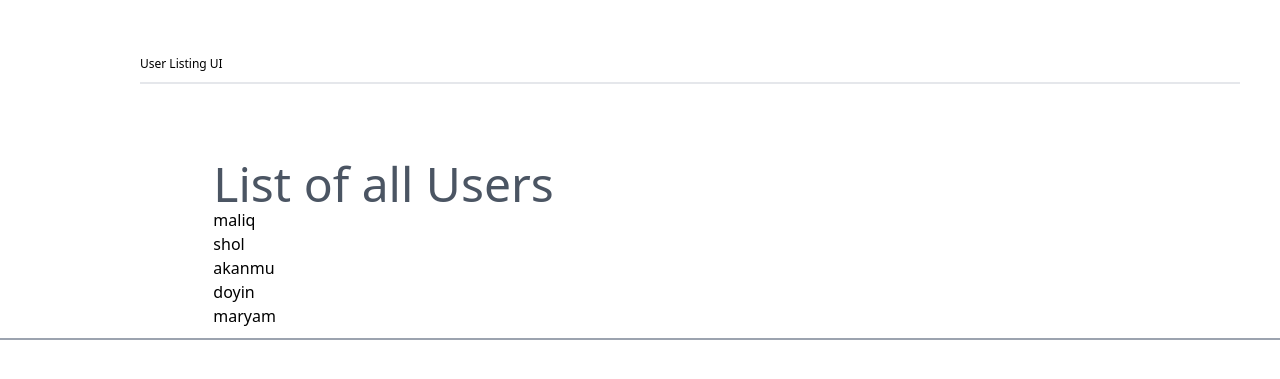
Repository: Marlstergo/listings
Page: / (app in client/)
An editor plug-in stored every save of this project. The page is shown before and after the next save, followed by the edit.
The browser window is 1280 px wide. The pictures show the whole page.
The project was rebuilt for these pictures with package versions that can differ from the ones it lists, and the page was loaded fresh each time. Also part of the build but not shown: client/craco.config.js, client/src/components/Loader.js, client/src/components/Order.js, client/src/components/Modal.js. Imported but missing from the stored project, and not drawn on this page: client/src/components/Base, client/src/components/Toppings.

Above is the page before, as saved 2021-07-20 21:57:18.

### client/src/index.js
/* eslint-disable no-unused-vars */
import React from "react";
import ReactDOM from "react-dom";
import "./index.css";
import App from "./App";
import reportWebVitals from "./reportWebVitals";
import { BrowserRouter } from "react-router-dom";
import { Provider } from "react-redux";
import { store } from "./redux/store";
import { PersistGate } from "redux-persist/integration/react";
import { persistor } from "./redux/store";

ReactDOM.render(
  <React.StrictMode>
    <Provider store={store}>
      <BrowserRouter>
        <PersistGate persistor={persistor}>
          <App />
        </PersistGate>
      </BrowserRouter>
    </Provider>
  </React.StrictMode>,
  document.getElementById("root")
);

// If you want to start measuring performance in your app, pass a function
// to log results (for example: reportWebVitals(console.log))
// or send to an analytics endpoint. Learn more: https://bit.ly/CRA-vitals
reportWebVitals();

### client/src/App.js
import React, { useState } from 'react';
import { Route, Switch, useLocation } from "react-router-dom";
import Header from './components/Header';
import Home from './components/Home';
import Base from './components/Base';
import Toppings from './components/Toppings';
import Order from './components/Order';
import Modal from './components/Modal';
import { AnimatePresence } from 'framer-motion';

function App() {
  const location = useLocation();
  const showModal = true;

  return (
    <>
      <Header />
      {/* <Modal showModal={showModal} /> */}
      <AnimatePresence exitBeforeEnter>
        <Switch location={location} key={location.key}>
          <Route path="/">
            <Home />
          </Route>
          <Route path="/createUpdateUser">
            <Toppings />
          </Route>
          <Route path="/order">
            <Order />
          </Route>
          <Route path="/">
            <Home />
          </Route>
        </Switch>
      </AnimatePresence>

    </>
  );
}

export default App;

### client/src/redux/store.js
import { createStore, applyMiddleware } from "redux";
import { logger } from 'redux-logger';
import {persistStore} from 'redux-persist';
// import thunk from 'redux-thunk'
import createSagaMiddleware from 'redux-saga'

import rootSaga from './root-sagas'

import rootReducer from './root-reducer';

const sagaMiddleware = createSagaMiddleware()

const middleware = [sagaMiddleware];

if( process.env.NODE_ENV === 'development'){
    middleware.push(logger)
}

export const store = createStore(rootReducer, applyMiddleware(...middleware))

sagaMiddleware.run(rootSaga)

export const persistor = persistStore(store)

export default (store, persistor);

### client/src/components/Header.js
import React from 'react';
import { motion } from 'framer-motion';

const svgVariants = {
  hidden: { rotate: -180 },
  visible: {
    rotate: 0,
    transition: { duration : 1 }
  },
}

const pathVariants = {
  hidden: {
    opacity: 0,
    pathLength: 0,
  },
  visible: {
    opacity: 1,
    pathLength: 1,
    transition: {
      duration: 2,
      ease: "easeInOut",
    }
  }
};


const Header = () => {
  return (
    <header className='flex p-[40px]  items-center'>
      <motion.div className="logo"
        drag
        dragConstraints={{ left: 0, top: 0, right: 0, bottom: 0 }}
        dragElastic={0.7}
      >
        <motion.svg className="w-[80px] overflow-visible" xmlns="http://www.w3.org/2000/svg" viewBox="0 0 100 100"
          variants={svgVariants}
          initial="hidden"
          animate="visible"
        >
          <motion.path
            fill="none"
            d="M40 40 L80 40 C80 40 80 80 40 80 C40 80 0 80 0 40 C0 40 0 0 40 0Z"
            variants={pathVariants}
          />
          <motion.path
            fill="none"
            d="M50 30 L50 -10 C50 -10 90 -10 90 30 Z"
            variants={pathVariants}
          />
        </motion.svg>
      </motion.div>
      <motion.div className=" flex-grow ml-[20px] text-xs"
        initial={{ y: -250}}
        animate={{ y: -10 }}
        transition={{ delay: 0.2, type: 'spring', stiffness: 120 }}
      >
        <h1 className="border-b-2 pb-[10px]">User Listing UI</h1>
      </motion.div>
    </header>
  )
}

export default Header;

### client/src/components/Home.js
import React from "react";
import { Link } from "react-router-dom";
import { motion } from "framer-motion";
import Loader from "./Loader";

const buttonVariants = {
  hover: {
    scale: 1.1,
    textShadow: "0px 0px 8px rgb(255,255,255)",
    boxShadow: "0px 0px 8px rgb(255,255,255)",
    transition: {
      duration: 0.3,
      yoyo: 5,
    },
  },
};

const containerVariants = {
  hidden: {
    opacity: 0,
  },
  visible: {
    opacity: 1,
    transition: { delay: 1.5, duration: 1.5 },
  },
  exit: {
    x: "-100vh",
    transition: { ease: "easeInOut" },
  },
};
const users = ["maliq", "shol", "akanmu", "doyin", "maryam"];
const Home = () => {
  return (
    <motion.div
      className="  pb-[10px] mb-[10px] border-b-2 border-gray-400 flex flex-col items-center"
      variants={containerVariants}
      initial="hidden"
      animate="visible"
      exit="exit"
    >
      <div className="w-2/3 ">
        <h2 className="text-5xl text-gray-600">List of all Users</h2>
        <ul>
          {users.map(
            (user) => (
              <li>{user}</li>
            )
          )}

        </ul>
        {/* <table className="min-w-full divide-y divide-gray-200">
          <thead>
            <tr>
              <th className="px-6 py-3 bg-gray-50 text-left text-xs font-medium text-gray-500 uppercase tracking-wider">
                Transaction
              </th>
              <th className="px-6 py-3 bg-gray-50 text-right text-xs font-medium text-gray-500 uppercase tracking-wider">
                Amount
              </th>
              <th className="hidden px-6 py-3 bg-gray-50 text-left text-xs font-medium text-gray-500 uppercase tracking-wider md:block">
                Status
              </th>
              <th className="px-6 py-3 bg-gray-50 text-right text-xs font-medium text-gray-500 uppercase tracking-wider">
                Date
              </th>
            </tr>
          </thead>
        </table> */}
      </div>
    </motion.div>
  );
};

export default Home;

### client/src/redux/root-sagas.js
import {all, call} from 'redux-saga/effects'
import {userSagas} from './user/user.sagas'


export default function* rootSaga(){
    yield all([
        call(userSagas),
    ])
}

### client/src/redux/root-reducer.js
import {combineReducers} from 'redux'
import userReducer from './user/user.reducer'
// import cartReducer from './cart/cart.reducer'
import {persistReducer} from 'redux-persist'
import storage from 'redux-persist/lib/storage'
// import directoryReducer from './directory/directory.reducer'
// import shopReducer from './shop/shop.reducer'

const persistConfig ={
    key: 'root',
    storage,
    whitelist: ['' ]
}
const rootReducer = combineReducers({
    user: userReducer,

})
export default persistReducer(persistConfig, rootReducer)

### client/src/redux/user/user.sagas.js
import { all, call, put, takeLatest } from "redux-saga/effects";

import UserActionTypes from "./user.types";
import { loadUserDetail } from "./user.action";
// import axios from "axios";
// import { getUserDetailsURL } from "../../components/stringConstants";

export function* getDetails() {
  yield console.log("i fired");

  // try {
  //   console.log("inside try");

  //   const res = yield axios.get(getUserDetailsURL);
  //   const data = yield res.data;
  //   console.log(res);
  //   yield put(loadUserDetail(data ? data.data[0] : {}));
  // } catch (err) {
  //   console.log(err.response);
  //   if (err.response && err.response.statusText === "Not Found") {
  //     // console.log("");
  //     window.location.href = "/profile/settings?newUser=0837";
  //   }
  // }
}

export function* getUserDetails() {
  yield takeLatest(UserActionTypes.GET_USER_DETAIL, getDetails);
}
// export function* loadUserDetails(){
//     yield takeLatest(UserActionTypes.LOAD_USER_DETAIL, loadDetails)
// }

export function* userSagas() {
  yield all([call(getUserDetails)]);
}

### client/src/redux/user/user.reducer.js
import UserActionTypes from "./user.types";
const INITIAL_STATE = {
  // currentUser: null,
  userDetail: {},
  demo: 'i am demo',
  location: null

};
const userReducer = (state = INITIAL_STATE, action) => {
  switch (action.type) {

    case UserActionTypes.LOAD_USER_DETAIL:
      return {
        ...state,
        userDetail: action.payload,
      };

    case UserActionTypes.COLLECT_GEOLOCATION:
      return {
        ...state,
        location: action.payload
      }
    default:
      return state;
  }
};

export default userReducer;

### client/src/redux/user/user.types.js
const UserActionTypes ={
    GOOGLE_SIGN_IN_START : 'GOOGLE_SIGN_IN_START',
    SIGN_IN_SUCCESS : 'SIGN_IN_SUCCESS',
    SIGN_IN_FAILURE : 'SIGN_IN_FAILURE',
    GET_USER_DETAIL: 'GET_USER_DETAIL',
    LOAD_USER_DETAIL: 'LOAD_USER_DETAIL',
    COLLECT_GEOLOCATION: 'COLLECT_GEOLOCATION',
    FETCH_GEOLOCATION: 'FETCH_GEOLOCATION'
}
export default UserActionTypes;

### client/src/redux/user/user.action.js
import UserActionTypes from './user.types'



// export const googleSignInStart = () => ({
//     type: UserActionTypes.GOOGLE_SIGN_IN_START
// })

// export const signInSuccess = (user) => ({
//     type: UserActionTypes.SIGN_IN_SUCCESS,
//     payload: user
// })

export const getUserDetail = () => ({
    type: UserActionTypes.GET_USER_DETAIL,

})
export const loadUserDetail = (details) => ({
    type: UserActionTypes.LOAD_USER_DETAIL,
    payload: details
})

export const fetchGeoloction = () => ({
    type: UserActionTypes.FETCH_GEOLOCATION
})
export const collectGeolocation = (location) => ({
    type: UserActionTypes.COLLECT_GEOLOCATION,
    payload: location
})
// })

### client/tailwind.config.js
  // tailwind.config.js
  module.exports = {
    mode:'jit',
    purge: ['./src/**/*.{js,jsx,ts,tsx}', './public/index.html'],
     darkMode: false, // or 'media' or 'class'
     theme: {
       extend: {},
     },
     variants: {
       extend: {},
     },
     plugins: [],
   }

Loaded but not shown: client/public/index.html (common file); client/src/index.css (common file); client/src/reportWebVitals.js (common file)

After the next save:
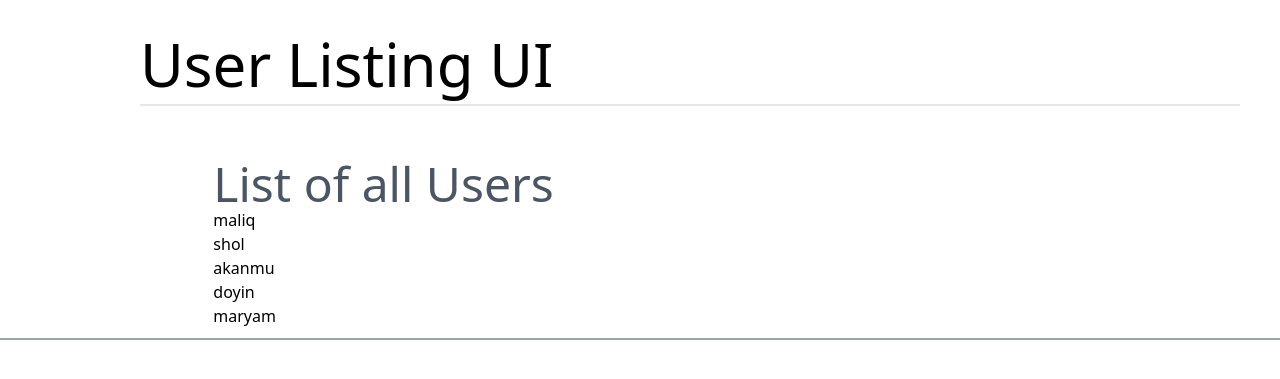
Saved 14 s later.
--- a/client/src/components/Header.js
+++ b/client/src/components/Header.js
@@ -55,7 +55,7 @@ const Header = () => {
         animate={{ y: -10 }}
         transition={{ delay: 0.2, type: 'spring', stiffness: 120 }}
       >
-        <h1 className="border-b-2 pb-[10px]">User Listing UI</h1>
+        <h1 className="border-b-2 pb-[10px] text-6xl">User Listing UI</h1>
       </motion.div>
     </header>
   )
